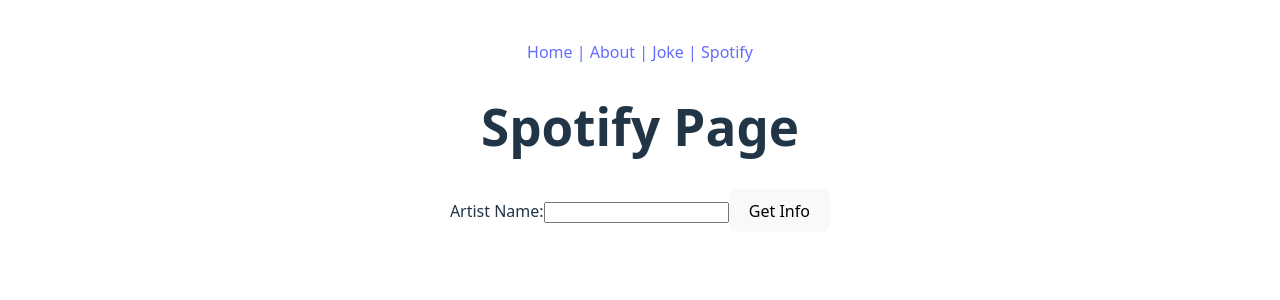
Repository: rosieomusic/spotify-react
Page: /spotify
These files come from the project's save history. The page is drawn as it stood at one moment and after the next save; the edit follows.
The browser window is 1280 px wide. The pictures show the whole page.
The page's requests for data from a server got no answer. The project was rebuilt for these pictures with package versions that can differ from the ones it lists, and the page was loaded fresh each time. No one was signed in, and anything a server would have sent is missing. Settings that the repository does not hold, such as keys and server addresses, were given made-up values. Also part of the build but not shown: vite.config.js, src/pages/HomePage.jsx, src/pages/AboutPage.jsx, src/services/JokeService.js, src/pages/JokePage.jsx.

Above is the page before, as saved 2025-05-05 16:55:51.

After the next save:
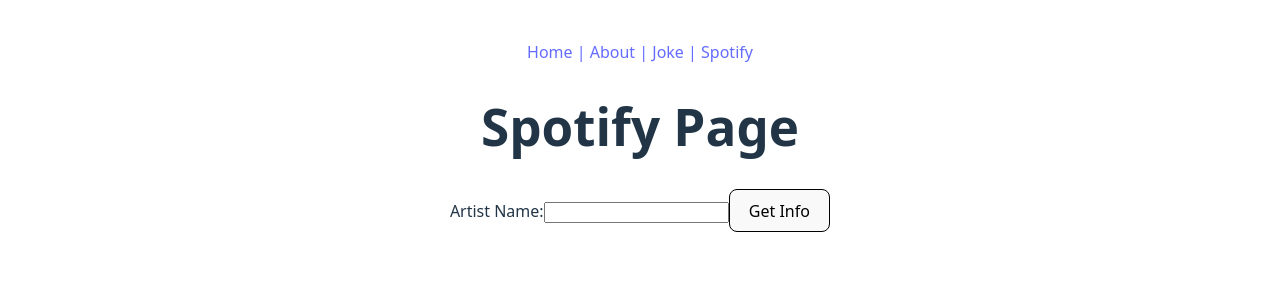
Saved 20 s later.
--- a/src/index.css
+++ b/src/index.css
@@ -28,8 +28,7 @@ h1 {
 
 button {
 	border-radius: 8px;
-	border-color: black;
-	border: 1px solid transparent;
+	border: 1px solid black;
 	padding: 0.6em 1.2em;
 	font-size: 1em;
 	font-weight: 500;
